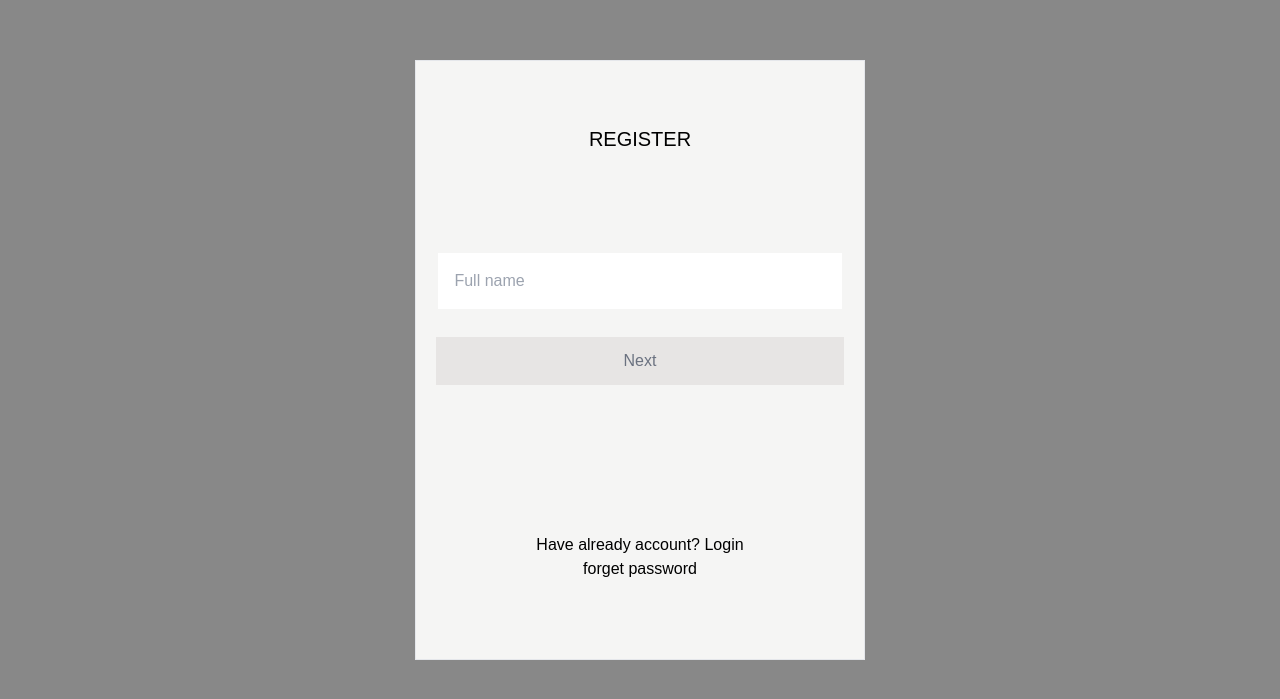
Repository: hsumyatm7308/oop-loginregister-php
Page: http://localhost/register.php
An editor plug-in stored every save of this project. The page is shown before and after a run of saves, followed by the edit.
The browser window is 1280 px wide. The pictures show the whole page.
Some web libraries are served in a nearby version. The page is run by PHP 8.4 with error messages shown; the project is at /var/www/html/. Queries for data that is not in the repository find no rows.

Above is the page before, as saved 2023-08-01 18:10:30.

### register.php
<?php

if (isset($_POST['submit'])) {
    $fullname = textfilter($_POST['fullname']);
    $username = textfilter($_POST["username"]);
    $email = textfilter($_POST["email"]);
    $address = textfilter($_POST["address"]);
    $phone = textfilter($_POST["phone"]);
    $password = textfilter($_POST["password"]);
    $comfirmpass = textfilter($_POST["comfirm"]);

    $reg->insertUserInfo($fullname, $username, $email, $address, $phone, $password);


}


function textfilter($data)
{
    $data = trim($data);
    $data = htmlspecialchars($data);
    $data = stripcslashes($data);

    return $data;
}


?>


<!DOCTYPE html>
<html>

<head>
    <title>Login</title>

    <script src="https://cdn.tailwindcss.com"></script>
    <style>
        /* form .page {
            display: none;
        } */

        body {
            font-family: sans-serif;
            height: 100vh;
            background: #888;

            display: grid;
            place-items: center;
        }

        input.invalid {
            border: 1px dotted red;
        }
    </style>

</head>

<body class="w-screen h-screen  flex justify-center items-center">

    <div class="w-[450px] h-[600px] bg-stone-100 border flex items-center flex-col">
        <span id="prev" class="text-gray-500 self-start ml-8 mt-5" onclick="backnow(1)">Back</span>


        <h1 class="text-xl text-black uppercase mt-16">Register</h1>

        <form action="" method="post" id="form" class="w-full flex justify-center items-center flex-col mt-20">
            <div class="page w-full flex justify-center items-center mt-5 hidden">
                <input type="text" name="fullname" class="w-[90%] p-4 mb-2 focus:outline-none" placeholder="Full name">
            </div>
            <div class="page w-full flex justify-center items-center hidden">
                <input type="text" name="username" class="w-[90%] p-4 mb-2 focus:outline-none" placeholder="username">
            </div>
            <div class="page w-full flex justify-center items-center hidden">
                <input type="email" name="email" class="w-[90%] p-4 mb-2 focus:outline-none" placeholder="Email">
            </div>
            <div class="page w-full flex justify-center items-center hidden">
                <input type="text" name="address" class="w-[90%] p-4 mb-2 focus:outline-none" placeholder="Address">
            </div>
            <div class="page w-full flex justify-center items-center hidden">
                <input type="text" name="phone" class="w-[90%] p-4 mb-2 focus:outline-none" placeholder="Phone">
            </div>
            <div class="page w-full flex justify-center items-center hidden">
                <input type="password" name="password" class="w-[90%] p-4 mb-2 focus:outline-none"
                    placeholder="Password">
            </div>
            <div class="page w-full flex justify-center items-center hidden">
                <input type="password" name="comfirm" class="w-[90%] p-4 mb-2 focus:outline-none"
                    placeholder="Comfirm password">
            </div>



            <div class="w-full flex justify-center items-center">
                <button type="button" id="next"
                    class="w-full bg-stone-200 text-gray-500 p-3 m-5 hover:opacity-80 hover:text-gray-800"
                    onclick="gonow(1)">Next </button>
            </div>

        </form>


        <div id="footer" class="w-full flex justify-center items-center flex-col mt-32 hidden">
            <div>
                Have already account? <a href="">Login</a>
            </div>
            <div>forget password</div>
        </div>
    </div>

    <script src="./app.js"></script>
</body>

</html>

<!-- CREATE TABLE IF NOT EXISTS loginregister(
    id INT AUTO_INCREMENT NOT NULL PRIMARY KEY,
    fullname VARCHAR(255),
    username VARCHAR(255),
    email VARCHAR(255),
    address VARCHAR(255),
    phone VARCHAR(255),
    password  INT
    )
-->

### app.js
const getpages = document.getElementsByClassName('page');
console.log(getpages)
const getform = document.getElementById('form');
const prevbtn = document.getElementById('prev');
const nextbtn = document.getElementById('next');
const footer = document.getElementById('footer');

var datas = [];
var objkeys = ["fullname", "username", "email", "address", "password", "comfirm"];


var curidx = 0;

showpage(curidx);

function showpage(num) {


    getpages[num].classList.remove('hidden');

    console.log(getpages[num]);

    num === 0 ? (prevbtn.style.display = "none") : (prevbtn.style.display = "block");
    num === 0 ? (footer.classList.remove('hidden')) : (footer.classList.add('hidden'));

    num === getpages.length - 1 ? (nextbtn.textContent = 'Submit') : (nextbtn.textContent = 'Next');
}


function backnow(num){

    curidx--;
    console.log(curidx)
    // getpages[curidx ].classList.add('hidden');
    getpages[curidx+1].classList.add('hidden');


    showpage(curidx)
}

function gonow(num) {



    if (num === 1 && !formvalid()) return false;
    curidx++;
    console.log(curidx)
    getpages[curidx - 1].classList.add('hidden');

    if (curidx >= getpages.length - 1) {
        nextbtn.style.direction = "none";
        getform.submit();

    }
    showpage(curidx)

}

function* yeildfun() {
    var index = 0;

    while (index < objkeys.length) {
        yield function () {
            index++;
        }
    }
}

let gen = yeildfun();

function formvalid() {
    var valid = true;
    var getcurrinput = getpages[curidx].getElementsByTagName('input');
    // console.log(getcurrinput);
    // console.log(getcurrinput[0].value);

    for (var x = 0; x < getcurrinput.length; x++) {
        // console.log(getcurrinput[x].value);
        if (getcurrinput[x].value === '') {
            getcurrinput[x].classList.add('invalid');
            valid = false;
        } else {

            const keys = objkeys[gen.next().value];
            const values = getcurrinput[x].value;
            datas.push({ [keys]: values });
        }

    }

    return valid;

}

### oopfunction.php
<?php


class Connection
{
    public $dbhost = "localhost";
    public $dbuser = "root";
    public $dbname = "hmmdb";
    public $password = "";


    public $conn;


    public function __construct()
    {
        try {

            $this->conn = new PDO("mysql:dbhost=$this->dbhost;dbname=$this->dbname", $this->dbuser, $this->password);
            $this->conn->setAttribute(PDO::ATTR_ERRMODE, PDO::ERRMODE_EXCEPTION);

            echo "connection successfull";


        } catch (Exception $e) {
            echo "Error Found : " . $e->getMessage();
        }
    }
}

class Register extends Connection{
    //function to register user in database
    public function insertUserInfo($fullname,$username,$email,$address,$phone,$password){
      $duplicate = $this->conn->prepare('SELECT * FROM loginregister WHERE username = :username OR email = :email');
      $duplicate->bindParam(':username', $username, PDO::PARAM_STR);
      $duplicate->bindParam(':email', $email, PDO::PARAM_STR);
      $duplicate->execute();

      $row = $duplicate->fetchAll(PDO::FETCH_ASSOC);
      print_r($row,true);


    }



}

$obj = new Connection();

$reg = new Register();
$reg->insertUserInfo("kyaw","kyaw12","kyaw@gmail.com","Bagan","09333333","12345");

?>

After the next 2 saves:
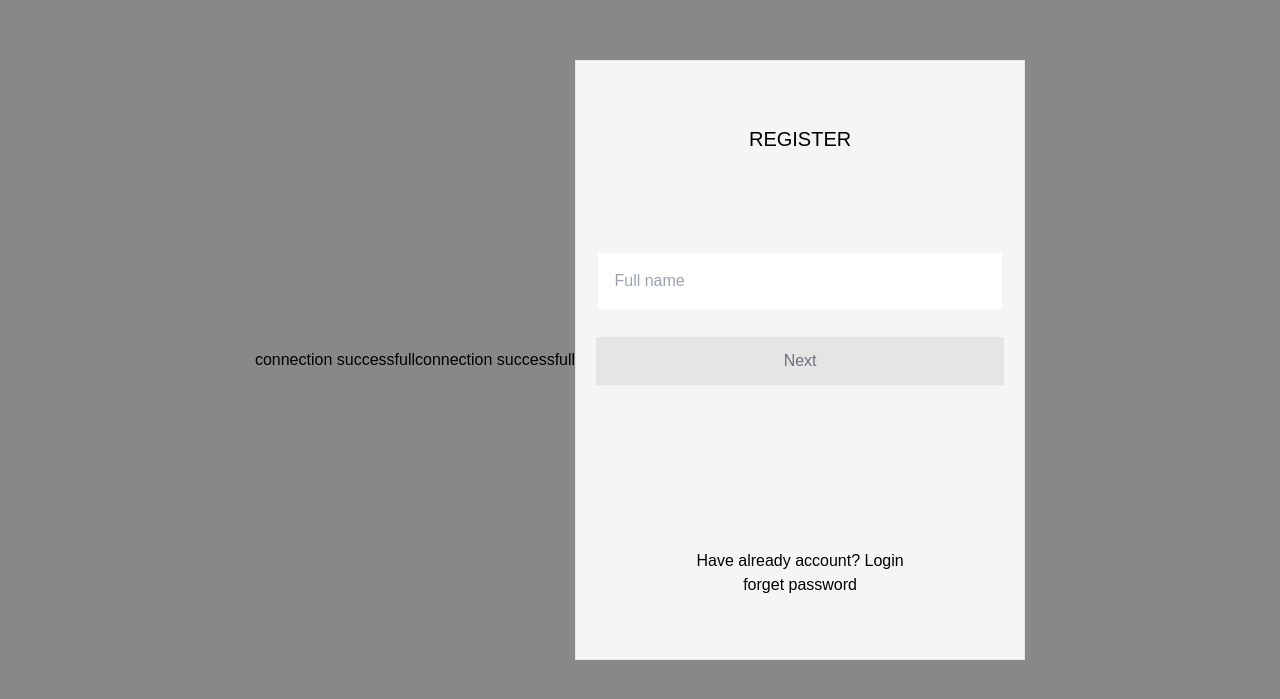
The 2 saves are shown as one change because they came seconds apart.
The last was saved 110 s later.
--- a/register.php
+++ b/register.php
@@ -1,4 +1,6 @@
 <?php
+
+require_once "oopfunction.php";
 
 if (isset($_POST['submit'])) {
     $fullname = textfilter($_POST['fullname']);
